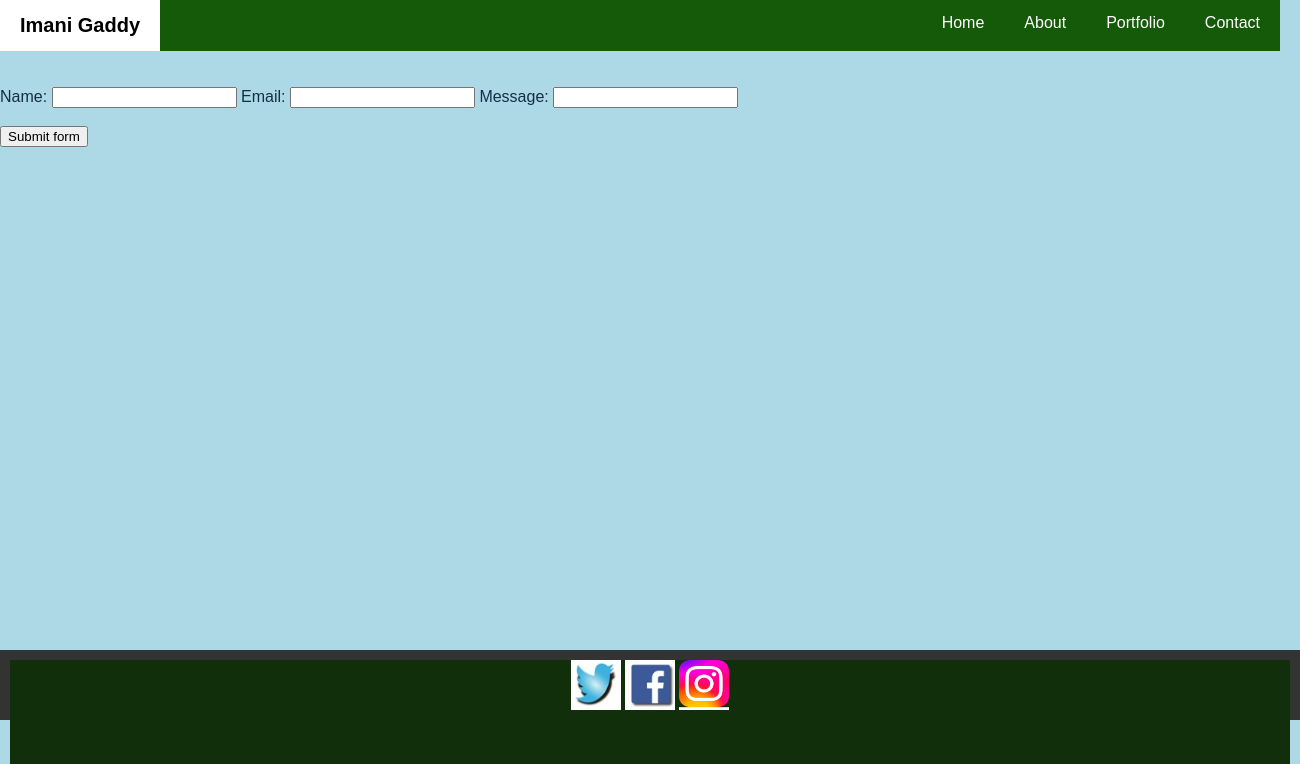
Repository: website-dev-team/website-repo
Page: personal_site/Contactform.html
An editor plug-in stored every save of this project. The page is shown before and after the next save, followed by the edit.
The browser window is 1280 px wide. The page is 1300 px wide, so the pictures cover 1300 px, including what lies to the right of the window. The pictures show the whole page.

Above is the page before, as saved 2024-07-20 02:14:16.

After the next save:
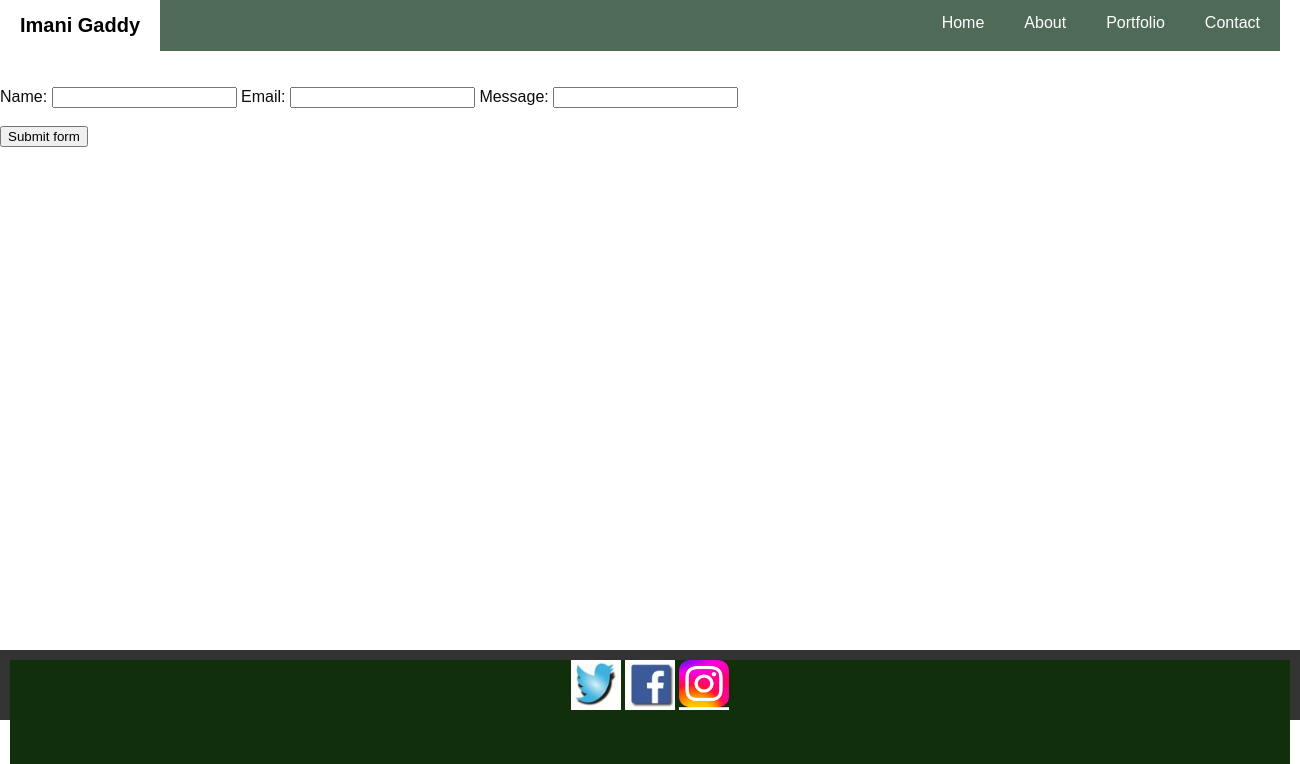
Saved 104 min 18 s later.
--- a/personal_site/style.css
+++ b/personal_site/style.css
@@ -1,13 +1,13 @@
 body {
     margin: 0;
     font-family: Arial, Helvetica, sans-serif;
-    background-color: #add8e6;
-    color: #132f46;
+    background-color: #ffff;
+    color: #080d11;
 
 }
 
 .navbar {
-    background-color: #145a08;
+    background-color: #4f6a56;
     overflow: hidden;
 }
 
@@ -82,3 +82,13 @@ footer {
 .float-left {
     float: right;
 }
+
+.quote {
+    font-family: 'Satisfy', cursive;
+    color: rgb(4, 11, 17);
+    font-size: 30px;
+    font-weight: 50;
+    text-shadow: 1px 1px 2px rgb(230, 208, 208);
+    text-align: center;
+    margin-top: 4em;
+}
